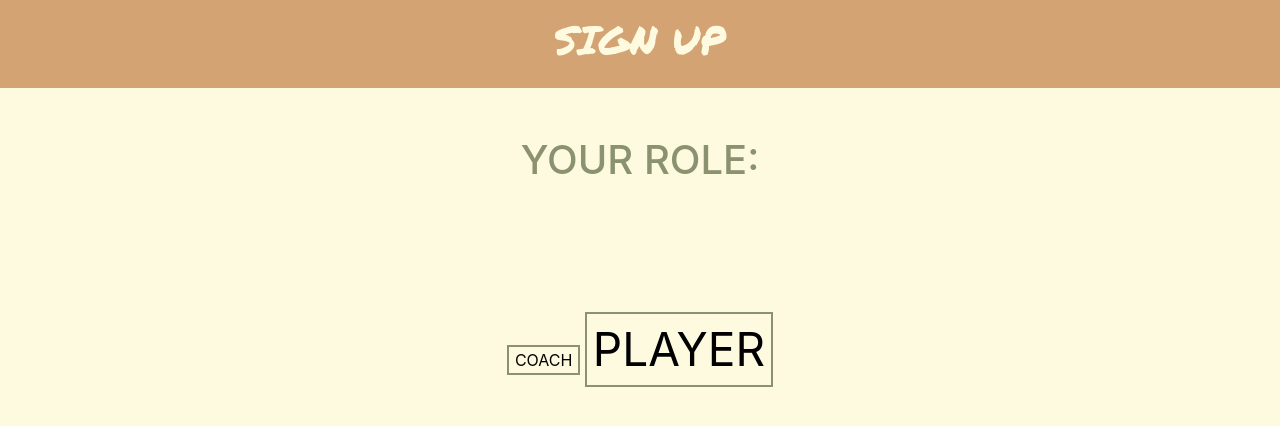
Repository: Aryaholmukhe/treasureHacks
Page: http://localhost/signup
The author's editor kept a copy of each file at every save. The page is drawn from the files as they stood at one save, then again after the next save.
The browser window is 1280 px wide. The pictures show the whole page.
The page is served by the project's Node server (server.js).

Above is the page before, as saved 2022-03-27 00:31:04.

### views/signup/signup.ejs
<html lang="en">
<head>
    <meta charset="UTF-8">
    <meta http-equiv="X-UA-Compatible" content="IE=edge">
    <meta name="viewport" content="width=device-width, initial-scale=1.0">
    <link rel="stylesheet" href="https://cdn.jsdelivr.net/npm/bootstrap@4.6.1/dist/css/bootstrap.min.css">
    <script src="https://cdn.jsdelivr.net/npm/jquery@3.6.0/dist/jquery.slim.min.js"></script>
    <script src="https://cdn.jsdelivr.net/npm/popper.js@1.16.1/dist/umd/popper.min.js"></script>
    <script src="https://cdn.jsdelivr.net/npm/bootstrap@4.6.1/dist/js/bootstrap.bundle.min.js"></script>
    <link rel="preconnect" href="https://fonts.googleapis.com">
    <link rel="preconnect" href="https://fonts.gstatic.com" crossorigin>
    <link href="https://fonts.googleapis.com/css2?family=Permanent+Marker&display=swap" rel="stylesheet">
    <title>SIGN UP</title>
</head>
<body style="background-color: #FEFAE0">
    <div class="pt-3 pb-3" style="background-color: #D4A373; font-family: 'Permanent Marker', cursive; color: #FEFAE0">
        <h1 class="text-center">SIGN UP</h1>
    </div>

    <h1 class="text-center mt-5" style="color: #8A926F">YOUR ROLE:</h1>

    <div class="text-center" style="margin-top: 10%">
    <a href="./coach" ><button style="color: font-size: 346px; border: 2px solid #8A926F; background-color: transparent" name="coach">COACH</button></a>
    <a  href="./player"><button style="font-size: 46px; border: 2px solid #8A926F; background-color: transparent" name="player">PLAYER</button></a>
    </div>

</body>
</html>

### server.js
//jshint esversion:6

const express = require("express");
const bodyParser = require("body-parser");
const mongoose = require("mongoose");
const _ = require("lodash");
const { join } = require("path");
require("dotenv").config();
const app = express();

// TWILIO STUFF

const accountSID = process.env.ACCOUNT_SID;
const authToken = process.env.AUTH_TOKEN;

const client = require('twilio')(accountSID, authToken);


app.set('view engine', 'ejs');

app.use(bodyParser.urlencoded({ extended: true }));
app.use(express.static("public"));

app.get("/auth_config.json", (req, res) => {
    res.sendFile(join(__dirname, "/auth_config.json"));
})

// for each team member
mongoose.connect("mongodb://localhost:27017/teamMembersDB", { useNewUrlParser: true });

const membersSchema = new mongoose.Schema({
    name: String,
    role: String,
    age: Number,
    email: String,
    phone: String,
    progress: []
});

let members = [];
let progressArr = []

const Member = mongoose.model("Member", membersSchema);

// to identify teams
const teamSchema = new mongoose.Schema({
    coachName: String,
    team: [{ name: String }, { sport: String }]
})

const progressSchema = new mongoose.Schema({
    progress: []
})
const Team = mongoose.model("Team", teamSchema);
const Progress = mongoose.model("Progress", progressSchema)
// When no members are present
const noMember = new Member({
    name: "No members yet"
})
const noProgress = new Progress({
    progress: ["No progress yet, add some"]
})


// get requests

app.get("/signup", (req, res) => {
    res.render("signup/signup")
})
let person = "";
app.get("/coach", (req, res) => {
    person = "Coach"
    res.render("signup/coach");
})

app.get("/player", (req, res) => {
    person = "Team Member"
    res.render("signup/player")
})

app.get("/", (req, res) => {
    Member.find({}, function (err, foundMembers) {

        if (foundMembers.length === 0) {
            members.push(noMember)
            Member.insertMany(members, function (err) {
                if (err) {
                    console.log(err);
                } else {
                    console.log("Successfully saved members to DB.");
                }
            });
            // res.redirect("/");
        } else {
            Member.deleteOne({ "name": "No members yet" }, (err, person) => {
                if (err) return handleError(err);
            })
            res.render('index', { allMembers: foundMembers, person: person })
        }
    });
})

app.get("/:personName", function (req, res) {
    const personName = _.capitalize(req.params.personName);

    Member.findById(personName, (err, per) => {
        if (!err) {
              console.log(per)
            res.render('account', { personInfo: per});
        } else {
            console.log(err)
        }
    })
});


// post requests


app.post("/", (req, res) => {

    const playerName = req.body.newPlayer;
    const role = req.body.newRole;
    const age = req.body.age;
    const phoneNumber = req.body.phoneNumber;
    const player = new Member({
        name: playerName,
        role: role,
        age: age,
        phone: phoneNumber
    })
    player.save();
    res.redirect("/")
})

app.post("/delete", function (req, res) {
    const checkedItemId = req.body.checkbox;

    Member.findByIdAndRemove(checkedItemId, function (err) {
        if (!err) {
            console.log("Successfully deleted checked item.");
            res.redirect("/");
        } else {
            console.log(err)
        }
    });


});

app.post("/coach", (req, res) => {
    const coachName = req.body.coachName;
    const teamName = req.body.teamName;
    const sportType = req.body.sportType;
    teams = new Team({
        coachName: coachName,
        team: [{ name: teamName, sport: sportType }]
    })
    res.redirect("/")
})

app.post("/player", (req, res)=>{
    const playerName = req.body.newPlayer;
    const role = req.body.newRole;
    const age = req.body.age;
    const phoneNumber = req.body.phoneNumber;
    const player = new Member({
        name: playerName,
        role: role,
        age: age,
        phone: phoneNumber
    })
    player.save();
    res.redirect("/")
})

app.post("/announcements", (req, res) => {
    const message = req.body.message;
    members.forEach(member => {
        if (member.phone) {
            client.message.create({
                to: member.phone,
                from: process.env.TWILIO_PHONE_NUMBER, //is this going to be dynamic?
                body: message
            }).then((message) => {
                console.log(message.sid)
            });
            res.redirect("/")
        } else {
            res.redirect("/")
        }
    })

})


app.listen(3000, function () {
    console.log("Server started on port 3000");
});

After the next save:
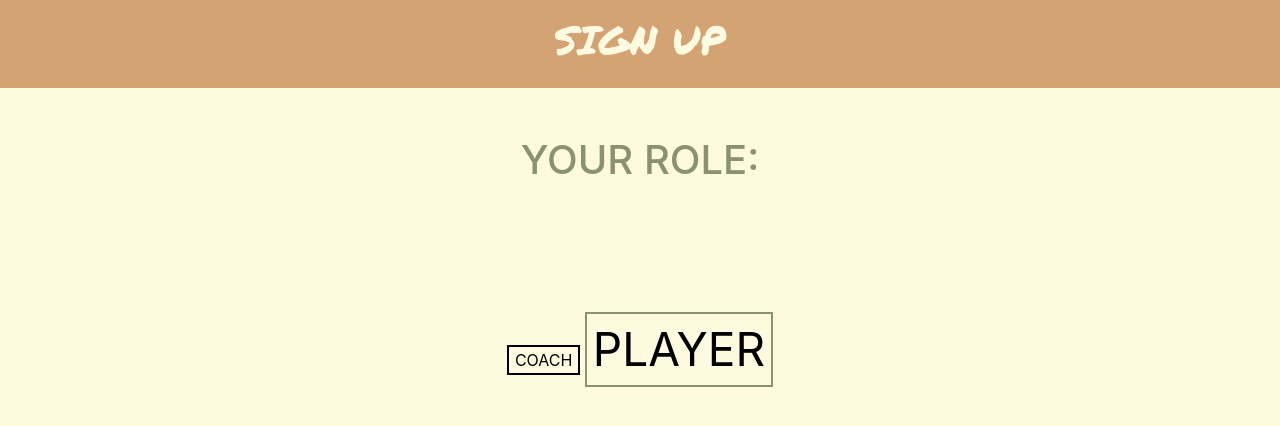
Saved 12 s later.
--- a/views/signup/signup.ejs
+++ b/views/signup/signup.ejs
@@ -20,7 +20,7 @@
     <h1 class="text-center mt-5" style="color: #8A926F">YOUR ROLE:</h1>
 
     <div class="text-center" style="margin-top: 10%">
-    <a href="./coach" ><button style="color: font-size: 346px; border: 2px solid #8A926F; background-color: transparent" name="coach">COACH</button></a>
+    <a href="./coach" ><button style="color: font-size: 46px; border: 2px solid ; background-color: transparent; background-color: transparent" name="coach">COACH</button></a>
     <a  href="./player"><button style="font-size: 46px; border: 2px solid #8A926F; background-color: transparent" name="player">PLAYER</button></a>
     </div>
 
